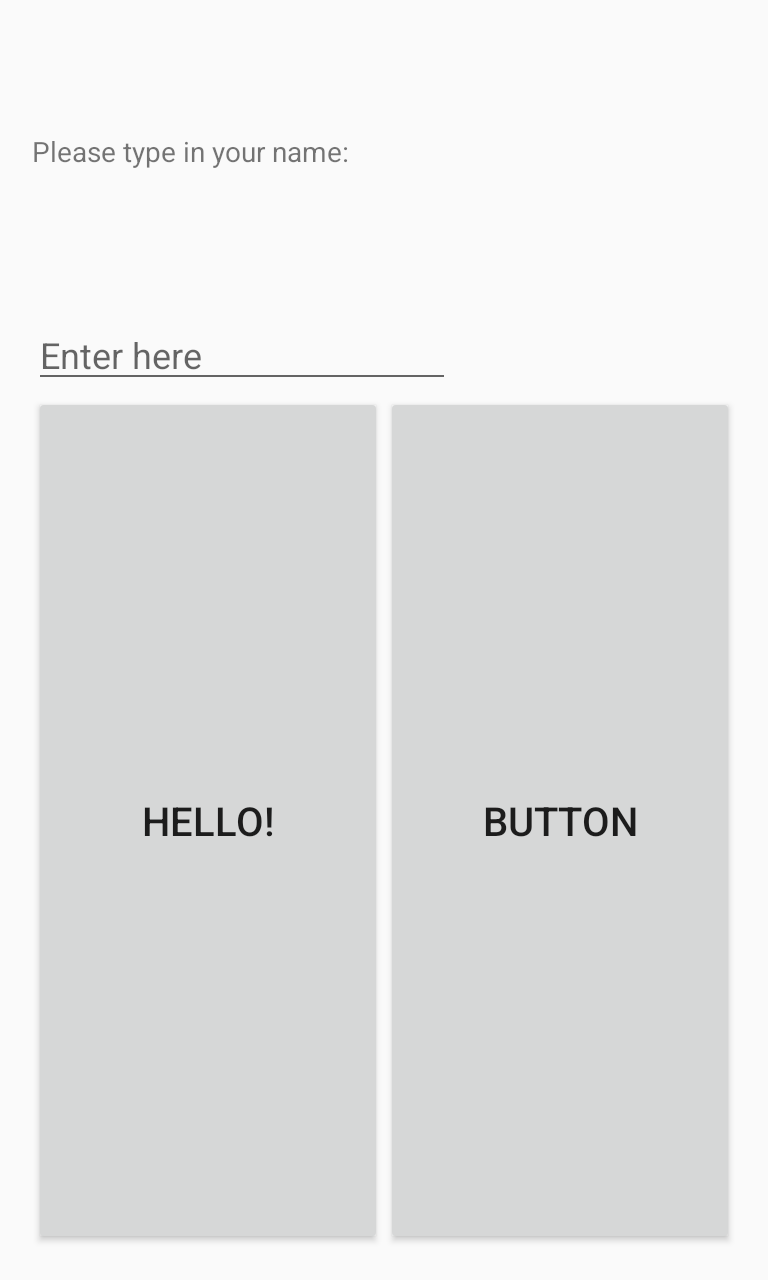
Repository: echolomaniac/HelloWorld
Layout: HelloWorld/res/layout/fragment_main.xml
An editor plug-in stored every save of this project. The layout is shown before and after the next save, followed by the edit.
It is drawn on a 768 x 1280 px phone screen (xhdpi) without system bars, with theme AppBaseTheme; the app's code is not run.

Above is the layout before, as saved 2014-05-06 05:52:53.

### HelloWorld/res/layout/fragment_main.xml
<RelativeLayout xmlns:android="http://schemas.android.com/apk/res/android"
    xmlns:tools="http://schemas.android.com/tools"
    android:layout_width="match_parent"
    android:layout_height="match_parent"
    android:paddingBottom="@dimen/activity_vertical_margin"
    android:paddingLeft="@dimen/activity_horizontal_margin"
    android:paddingRight="@dimen/activity_horizontal_margin"
    android:paddingTop="@dimen/activity_vertical_margin"
    tools:context="com.example.helloworld.MainActivity$PlaceholderFragment" >

    <LinearLayout
        android:id="@+id/linearLayout1"
        android:layout_width="fill_parent"
        android:layout_height="fill_parent"
        android:layout_alignParentLeft="true"
        android:orientation="vertical" >

        <TextView
            android:id="@+id/textView1"
            android:layout_width="wrap_content"
            android:layout_height="wrap_content"
            android:layout_marginTop="50dp"
            android:text="@string/enter_name" />

        <EditText
            android:id="@+id/editText1"
            android:layout_width="wrap_content"
            android:layout_height="wrap_content"
            android:layout_marginTop="70dp"
            android:ems="10"
            android:hint="@string/hint_enter_name" />

        <LinearLayout
            android:layout_width="fill_parent"
            android:layout_height="0dp"
            android:layout_weight="0.01" >

            <Button
                android:id="@+id/button1"
                android:layout_width="160dp"
                android:layout_height="match_parent"
                android:layout_weight="0.46"
                android:text="@string/hello_button"
                android:textSize="20sp" />

            <Button
                android:id="@+id/button2"
                android:layout_width="160dp"
                android:layout_height="match_parent"
                android:layout_weight="0.46"
                android:text="Button"
                android:textSize="20sp" />

        </LinearLayout>

    </LinearLayout>

</RelativeLayout>

### HelloWorld/res/values/strings.xml
<?xml version="1.0" encoding="utf-8"?>
<resources>

    <string name="app_name">HelloWorld</string>
    <string name="hello_world">Hello world!</string>
    <string name="action_settings">Settings</string>
    <string name="enter_name">Please type in your name:</string>
    <string name="hello_button">Hello!</string>
    <string name="hint_enter_name">Enter here</string>

</resources>

Loaded but not shown: HelloWorld/res/values-v11/styles.xml (common file); HelloWorld/res/values-v14/styles.xml (common file); HelloWorld/res/values/styles.xml (common file); HelloWorld/res/values/dimens.xml (common file); HelloWorld/res/values-w820dp/dimens.xml (common file)

After the next save:
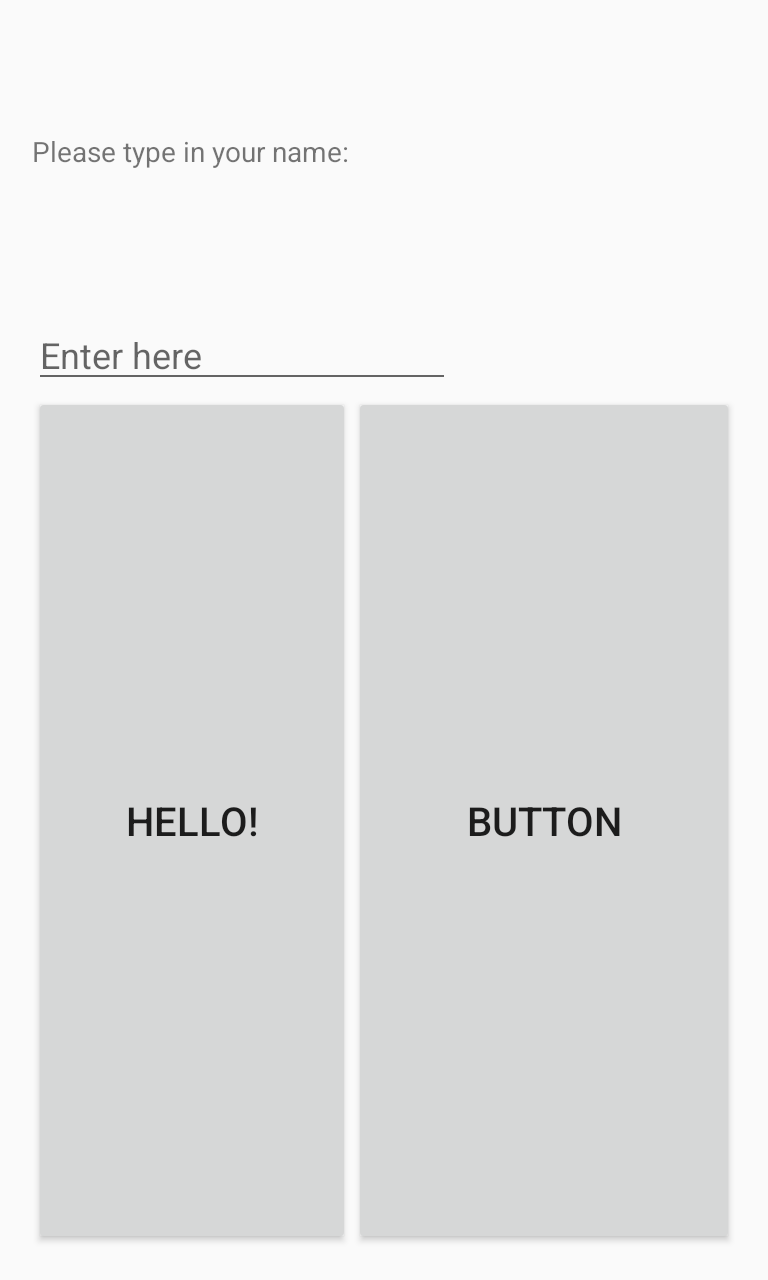
Saved 7 s later.
--- a/HelloWorld/res/layout/fragment_main.xml
+++ b/HelloWorld/res/layout/fragment_main.xml
@@ -39,7 +39,6 @@
                 android:id="@+id/button1"
                 android:layout_width="160dp"
                 android:layout_height="match_parent"
-                android:layout_weight="0.46"
                 android:text="@string/hello_button"
                 android:textSize="20sp" />
 
